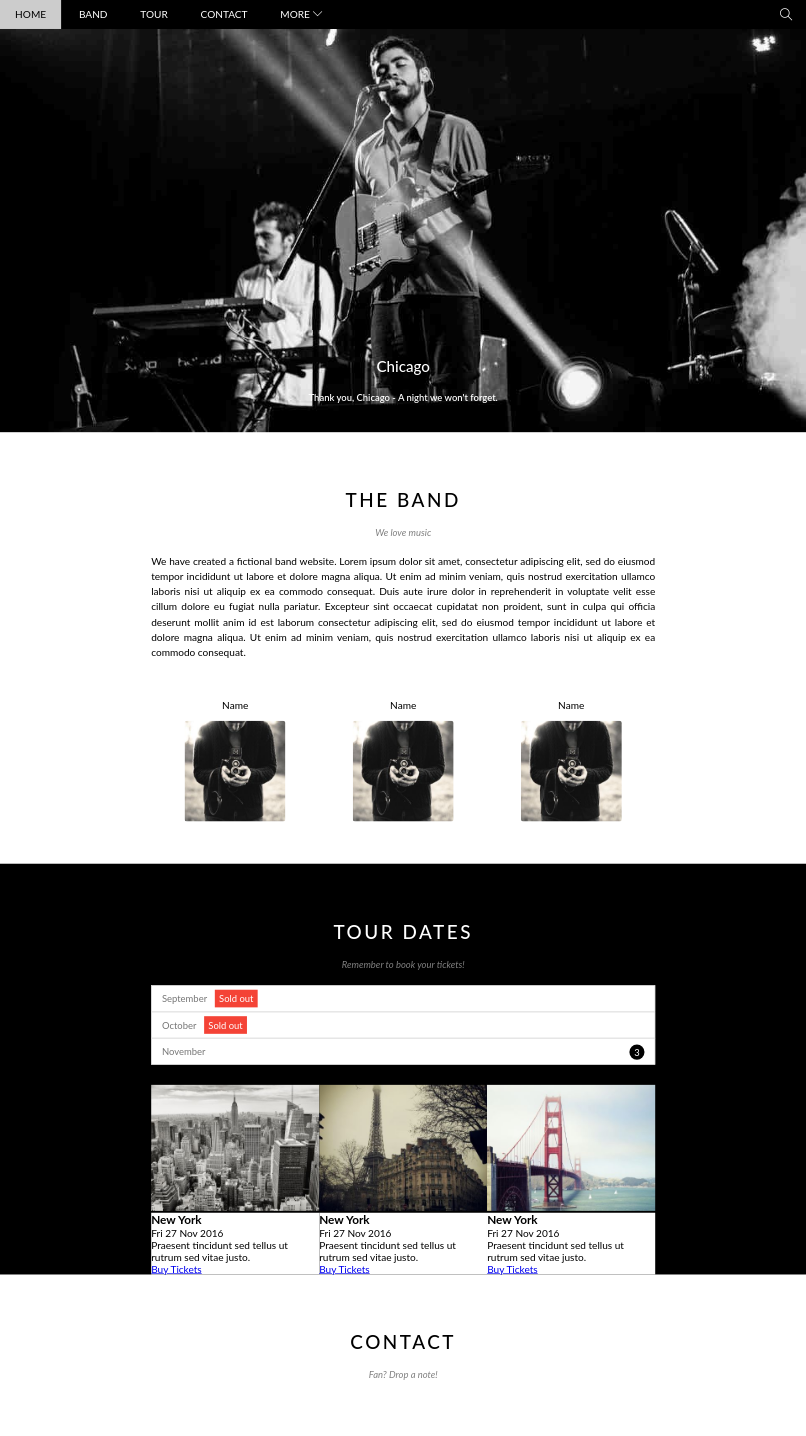
Repository: tatvanhco/web-dau-tay
Page: index.html
The author's editor kept a copy of each file at every save. The page is drawn from the files as they stood at one save, then again after the next save.
The browser window is 1280 px wide. The pictures show the whole page, at 63% of full size.

Above is the page before, as saved 2022-01-23 20:13:54.

After the next save:
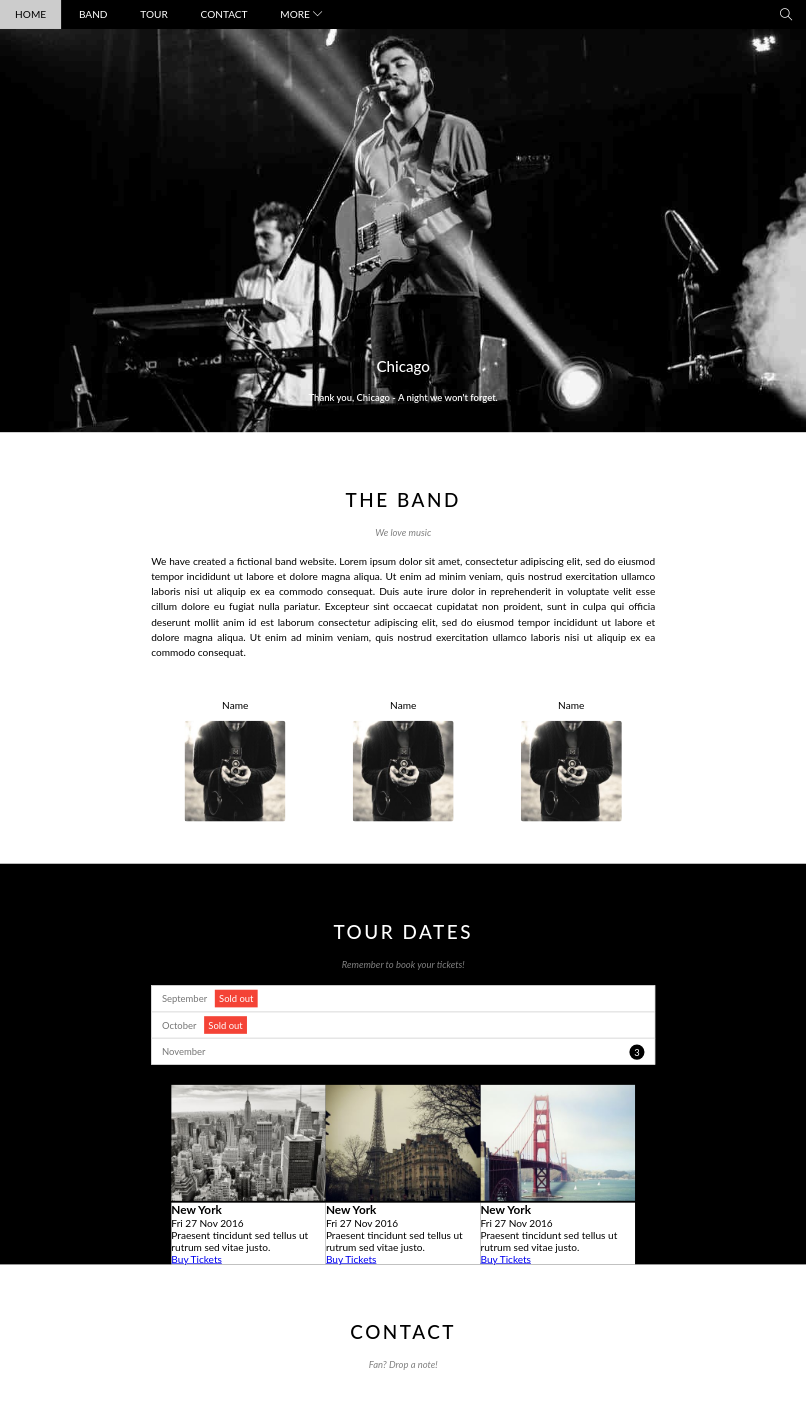
Saved 37 s later.
--- a/assets/css/style.css
+++ b/assets/css/style.css
@@ -213,7 +213,7 @@
 }
 
 .place-list {
-    margin-top: 32px;
+    margin: 32px;
 }
 
 .place-item {

After the save that followed:
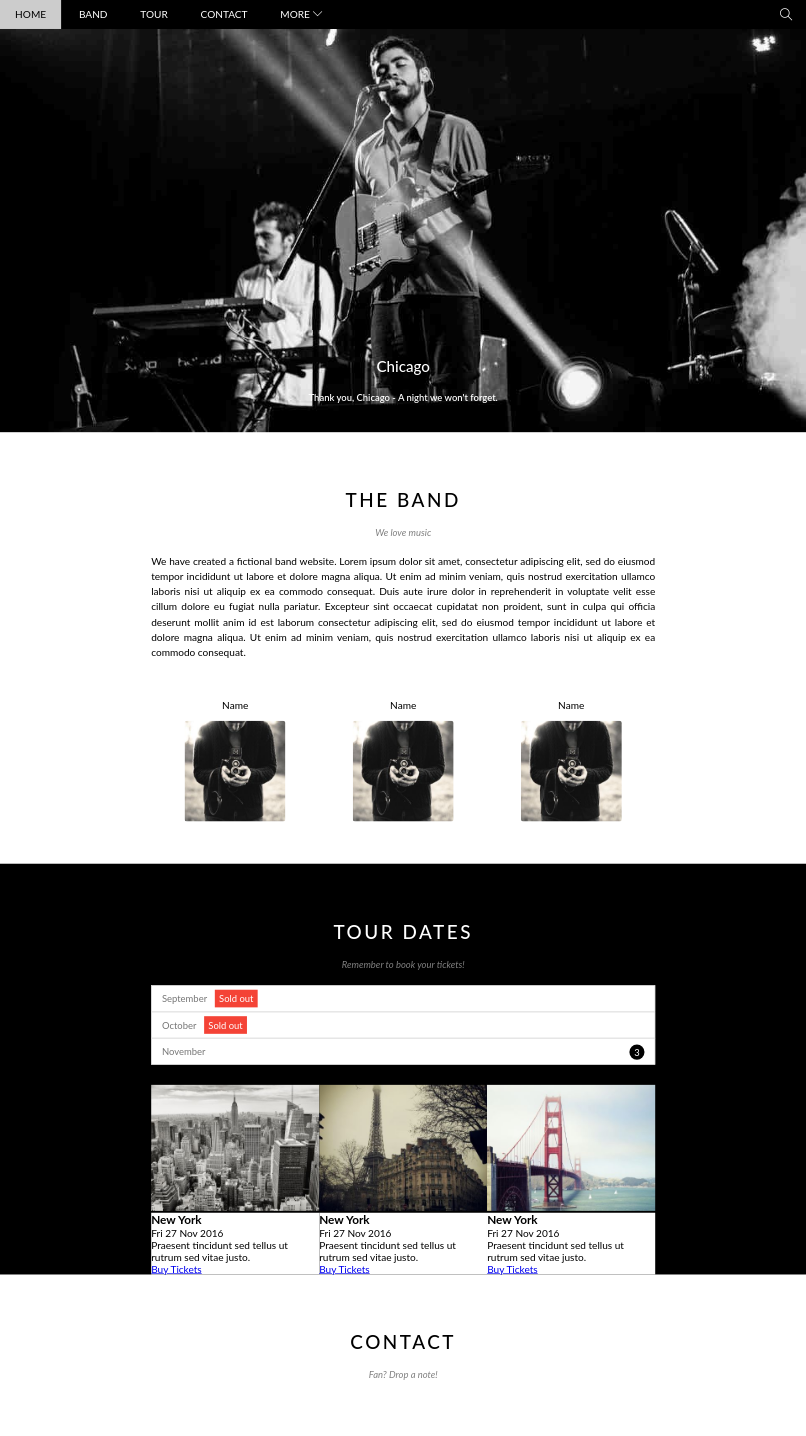
Saved 14 s later.
--- a/assets/css/style.css
+++ b/assets/css/style.css
@@ -213,7 +213,7 @@
 }
 
 .place-list {
-    margin: 32px;
+    margin-top: 32px;
 }
 
 .place-item {
